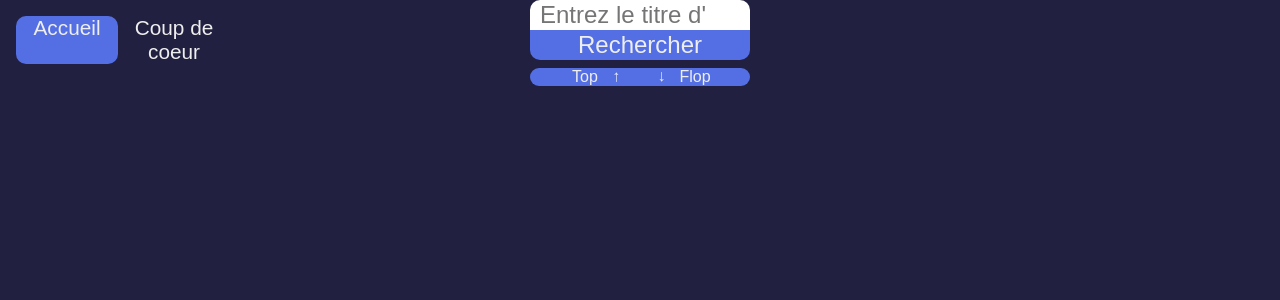
Repository: lucas-andedi/tala
Page: /
The author's editor kept a copy of each file at every save. The page is drawn from the files as they stood at one save, then again after the next save.
The browser window is 1280 px wide. The pictures show the whole page.
The page's requests for data from a server got no answer. Some web fonts or font styles are not loaded; a fallback is used. The project was rebuilt for these pictures with package versions that can differ from the ones it lists, and the page was loaded fresh each time. No one was signed in, and anything a server would have sent is missing. Also part of the build but not shown: src/components/Card.jsx, src/pages/UserList.js.

Above is the page before, as saved 2023-02-27 23:09:16.

### public/index.html
<!DOCTYPE html>
<html lang="en">
  <head>
    <meta charset="utf-8" />
    <link rel="icon" href="%PUBLIC_URL%/favicon.ico" />
    <meta name="viewport" content="width=device-width, initial-scale=1" />
    <meta
      name="description"
      content="Web site created using create-react-app"
    />

  <title>React Movies app</title>
  </head>
  <body>

    <div id="root"></div>

  </body>
</html>

### src/index.js
import React from 'react';
import ReactDOM from 'react-dom/client';
import App from './App';
import "./styles/index.scss";


const root = ReactDOM.createRoot(document.getElementById('root'));
root.render(
  <App />
);

### src/App.js
import React from 'react';
import { BrowserRouter, Route, Routes } from 'react-router-dom';
import Home from './pages/Home';
import UserList from './pages/UserList';

const App = () => {
  return (
    <BrowserRouter>
      <Routes>
        <Route path='/' element={<Home />} />
        <Route path='/coup-de-coeur' element={<UserList />} />
        <Route path='*' element={<Home />} />
      </Routes>
    </BrowserRouter>
  );
};

export default App;

### src/pages/Home.js
import React from 'react';
import Form from '../components/Form';
import Header from '../components/Header';

const Home = () => {
    return (
        <div className='home-page'>
            <Header />
            <Form />
        </div>
    );
};

export default Home;

### src/styles/components/_header.scss
.header {
  h1 {
    font-size: 3.3rem;
    text-shadow: 2px 3px 0px $color-1;
    text-align: center;
    letter-spacing: 2px;
  }
  nav {
    position: absolute;
    top: 16px;
    left: 16px;
    font-size: 1.3rem;

    ul {
      display: flex;

      a {
        text-decoration: none;
        color: $white;
        border-radius: 10px;
        width: 102px;
        text-align: center;
        margin-right: 5px;

        &:visited {
          text-decoration: none;
          color: $white;
        }
        &:hover {
          background: $black;
        }
      }
      a.nav-active {
        background: $color-1;

        &:hover {
          background: $black;
        }
      }
    }
  }
}

### src/styles/components/_form.scss
.form-component {
  .form-container {
    text-align: center;
  }
  form {
    width: 300px;
    margin: 0 auto;

    input[type="text"] {
      padding: 1px 10px;
      border-radius: 10px 10px 0 0;
      border: none;
      font-size: 1.5rem;
      display: block;
      margin: 0 auto;
      width: 220px;
      outline: none;
      text-align: center;
    }
    input[type="submit"] {
      padding: 1px 10px;
      width: 220px;
      border-radius: 0 0 10px 10px;
      border: none;
      background: $color-1;
      color: $white;
      font-size: 1.5rem;
      cursor: pointer;
      z-index: 10;
      position: relative;

      &:hover {
        background: $black;
      }
    }
  }
  .btn-sort-container {
    margin: 8px auto;
    width: 220px;
    display: flex;
    justify-content: space-around;
    cursor: pointer;

    #goodToBad {
      border-radius: 10px 0 0 10px;
    }
    #badToGood {
      border-radius: 0 10px 10px 0;
    }
    #goodToBad,
    #badToGood {
      background: $color-1;
      width: 110px;
      transition: 0.3s;
      position: relative;

      &:hover {
        background: $black;
      }
    }
    #goodToBad span {
      transform: translateY(-50%) rotate(-90deg);
      right: 18px;
    }
    #badToGood span {
      transform: translateY(-50%) rotate(90deg);
      left: 16px;
    }
    #goodToBad span,
    #badToGood span {
      position: absolute;
      top: 50%;
    }
  }
}

### src/styles/components/_card.scss
.card {
  flex: 1 0 25%;
  min-width: 260px;
  max-width: 280px;
  height: 620px;
  background: #060d2c;
  border-radius: 35px;
  margin: 5px;
  padding: 26px 15px 30px;
  position: relative;
  overflow: hidden;

  &::after {
    content: "";
    position: absolute;
    height: 90px;
    width: 100%;
    background: linear-gradient(180deg, rgba(195, 34, 34, 0) 0%, $black 55%);
    left: 50%;
    transform: translateX(-50%);
    bottom: 0;
    border-radius: 0 0 30px 30px;
  }

  img {
    width: 80%;
    height: 254px;
    object-fit: cover;
    object-position: top;
    display: block;
    margin: 0 auto;
    border-radius: 50px;
    box-shadow: 0 8px 1px rgba(255, 255, 255, 0.1),
      0 16px 1px rgba(255, 255, 255, 0.05);
  }
  h2 {
    margin: 24px 0 0px;
    letter-spacing: 1px;
    line-height: 20px;
  }
  h5 {
    color: $color-3;
    letter-spacing: 1px;
    font-size: 1.2rem;
    font-weight: 300;
  }
  h4 {
    letter-spacing: 1px;
    font-size: 1.2rem;
    margin-top: -4px;

    span {
      font-size: 0.7rem;
    }
  }
  ul {
    margin: 6px 0;
    display: flex;
    flex-wrap: wrap;
  }
  li {
    background: #212040;
    border-radius: 18px;
    padding: 0px 7px;
    margin: 0 4px 4px 0;
    font-size: 1.1rem;

    &:first-child {
      margin-left: -4px;
    }
  }
  h3 {
    letter-spacing: 1px;
    font-size: 1.4rem;
    margin-top: 10px;
  }
  p {
    color: $color-3;
    font-size: 1.3rem;
    line-height: 20px;
    height: 160px;
    overflow-y: scroll;

    &::-webkit-scrollbar {
      display: none;
    }
  }
  .btn {
    background: #546fe4;
    position: absolute;
    bottom: 16px;
    left: 50%;
    transform: translateX(-50%);
    padding: 14px 0;
    width: 150px;
    text-align: center;
    border-radius: 15px;
    cursor: pointer;
    transition: 0.2s;
    z-index: 50;
    user-select: none;

    &:hover {
      background: #212040;
      box-shadow: 0 0 10px #546ee4d2;
      font-size: 1.025rem;
    }
    &:active {
      transform: scale(1.09)  translateX(-50%);
      color: $black;
      // background-color: $white;
    }
  }
}

### src/components/Form.jsx
import axios from 'axios';
import React, { useEffect, useState } from 'react';
import Card from './Card';

const Form = () => {
    const [moviesData , setMoviesData] = useState([]);
    const [search , setSearch] = useState("code");
    const [sortGoodBad , setSortGoodBad] = useState("null");

    useEffect(() => {
        axios.get(
            `https://api.themoviedb.org/3/search/movie?api_key=ed82f4c18f2964e75117c2dc65e2161d&query=${search}&language=fr-FR`
        ).then((res) => setMoviesData(res.data.results))
    },[search])

    return (
        <div className="form-component">
            <div className="form-container">
                <form >
                    <input type="text" placeholder="Entrez le titre d'
                    un film" id='search-input'
                    onChange={(e) => setSearch(e.target.value)}/>
                    <input type="submit" value="Rechercher"  />

                </form>
                <div className="btn-sort-container">
                    <div className="btn-sort" id="goodToBad" onClick={() => setSortGoodBad("goodToBad")}>Top<span>→</span ></div>
                    <div className="btn-sort" id="badToGood" onClick={() => setSortGoodBad("badToGood")}>Flop <span>→</span></div>
                </div>
            </div>
            <div className="result">
                {moviesData
                .slice(0,12)
                .sort((a,b) => {
                    if(sortGoodBad === "goodToBad"){
                     return b.vote_average - a.vote_average
                    }else if(sortGoodBad === "badToGood") {
                        return a.vote_average - b.vote_average
                    }

                })
                .map((movie) => (

                    <Card key={movie.id} movie={movie}/>
                ))}
            </div>
        </div>
    );
};

export default Form;

### src/components/Header.jsx
import React from 'react';
import { NavLink } from 'react-router-dom';

const Header = () => {
    return (
        <div className="header">
            <nav>
                <ul>
                    <NavLink to="/" className={(nav) => nav.isActive ? "nav-active" : ""}><li>Accueil</li></NavLink>
                    <NavLink to="/coup-de-coeur" className={(nav) => nav.isActive ? "nav-active" : ""}><li>Coup de coeur</li></NavLink>
                </ul>
            </nav>
            <h1></h1>
        </div>
    );
};

export default Header;

Loaded but not shown: src/styles/index.scss (common file); src/styles/_settings.scss (common file); src/styles/pages/_home.scss (common file); src/styles/pages/_userList.scss (common file)

After the next save:
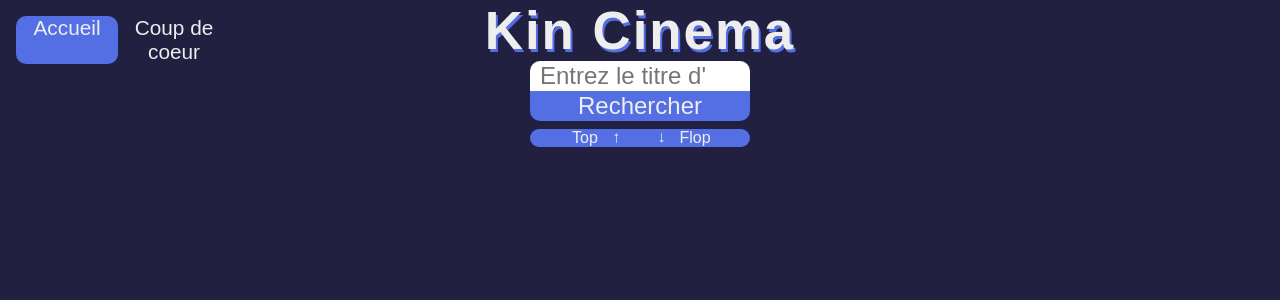
Saved 5 s later.
--- a/src/components/Header.jsx
+++ b/src/components/Header.jsx
@@ -10,7 +10,7 @@ const Header = () => {
                     <NavLink to="/coup-de-coeur" className={(nav) => nav.isActive ? "nav-active" : ""}><li>Coup de coeur</li></NavLink>
                 </ul>
             </nav>
-            <h1></h1>
+            <h1>Kin Cinema</h1>
         </div>
     );
 };
